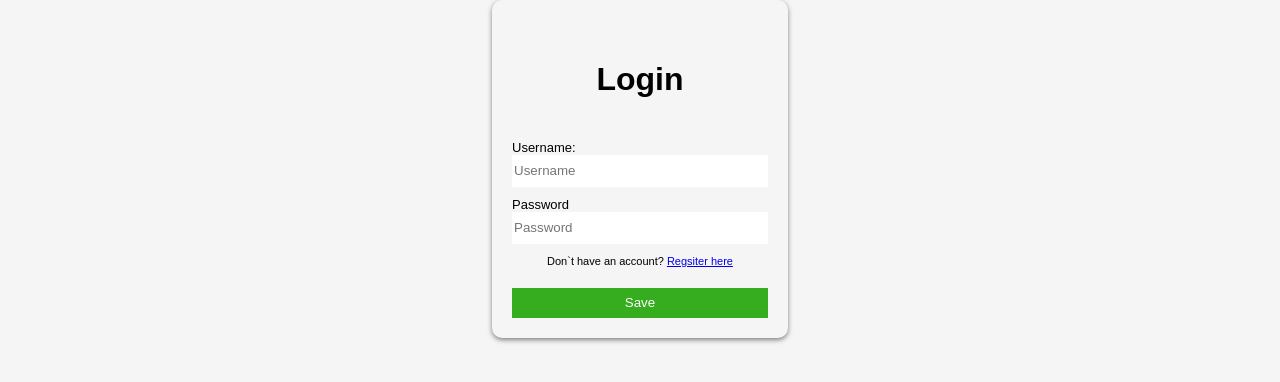
Repository: Dennis-star1001/PHP-CRUD
Page: http://localhost/login.php
An editor plug-in stored every save of this project. The page is shown before and after the next save, followed by the edit.
The browser window is 1280 px wide. The pictures show the whole page.
The page is run by PHP 8.4 with error messages shown; the project is at /var/www/html/.

Above is the page before, as saved 2022-07-05 23:07:22.

After the next save:
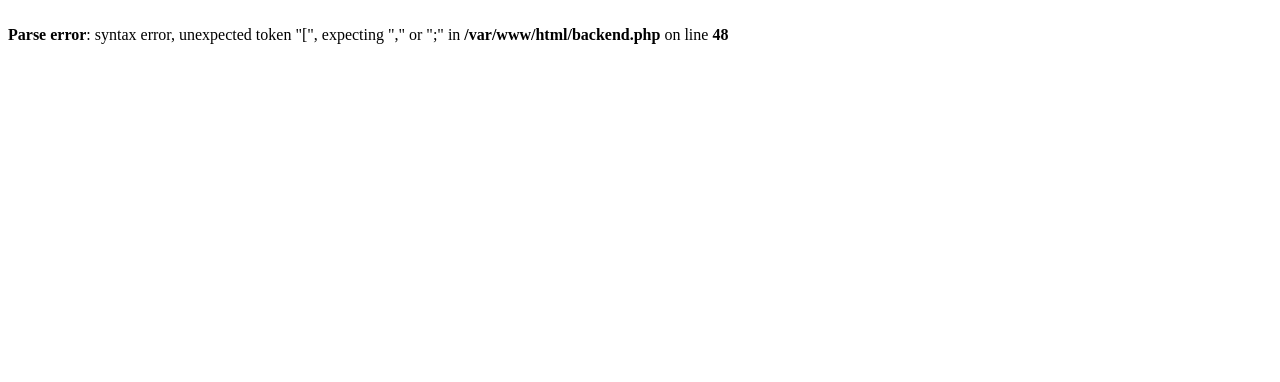
Saved 28 s later.
--- a/backend.php
+++ b/backend.php
@@ -45,7 +45,7 @@
     if (mysqli_num_rows($query) > 0) {
         $row = mysqli_fetch_array($query);
         $_SESSION['id'] = $row['id'];
-        $_SESSION['username'] = $row['username'];
+       global $_SESSION['username'] = $row['username'];
         $_SESSION['password'] = $row['password'];
 
         header("Location: index.php?success=Logged in...");

After the save that followed:
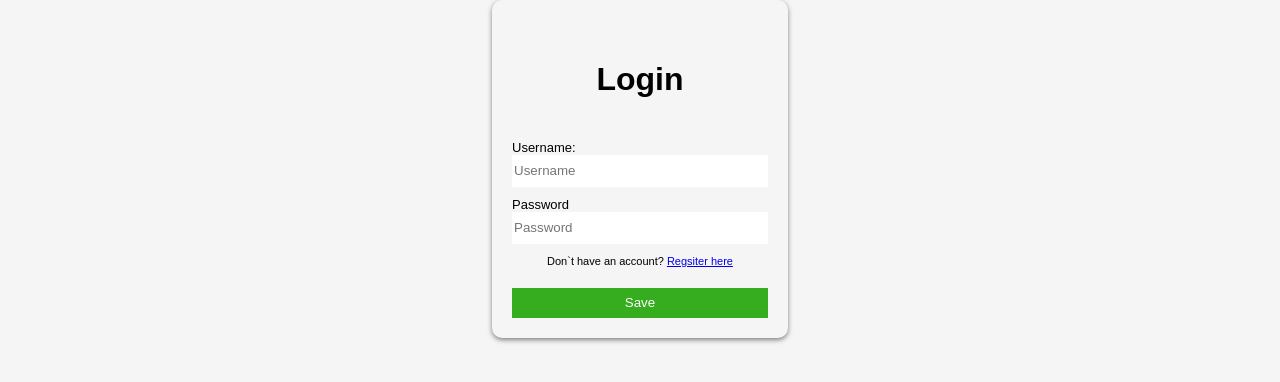
Saved 51 s later.
--- a/backend.php
+++ b/backend.php
@@ -45,7 +45,7 @@
     if (mysqli_num_rows($query) > 0) {
         $row = mysqli_fetch_array($query);
         $_SESSION['id'] = $row['id'];
-       global $_SESSION['username'] = $row['username'];
+        $_SESSION['username'] = $row['username'];
         $_SESSION['password'] = $row['password'];
 
         header("Location: index.php?success=Logged in...");
